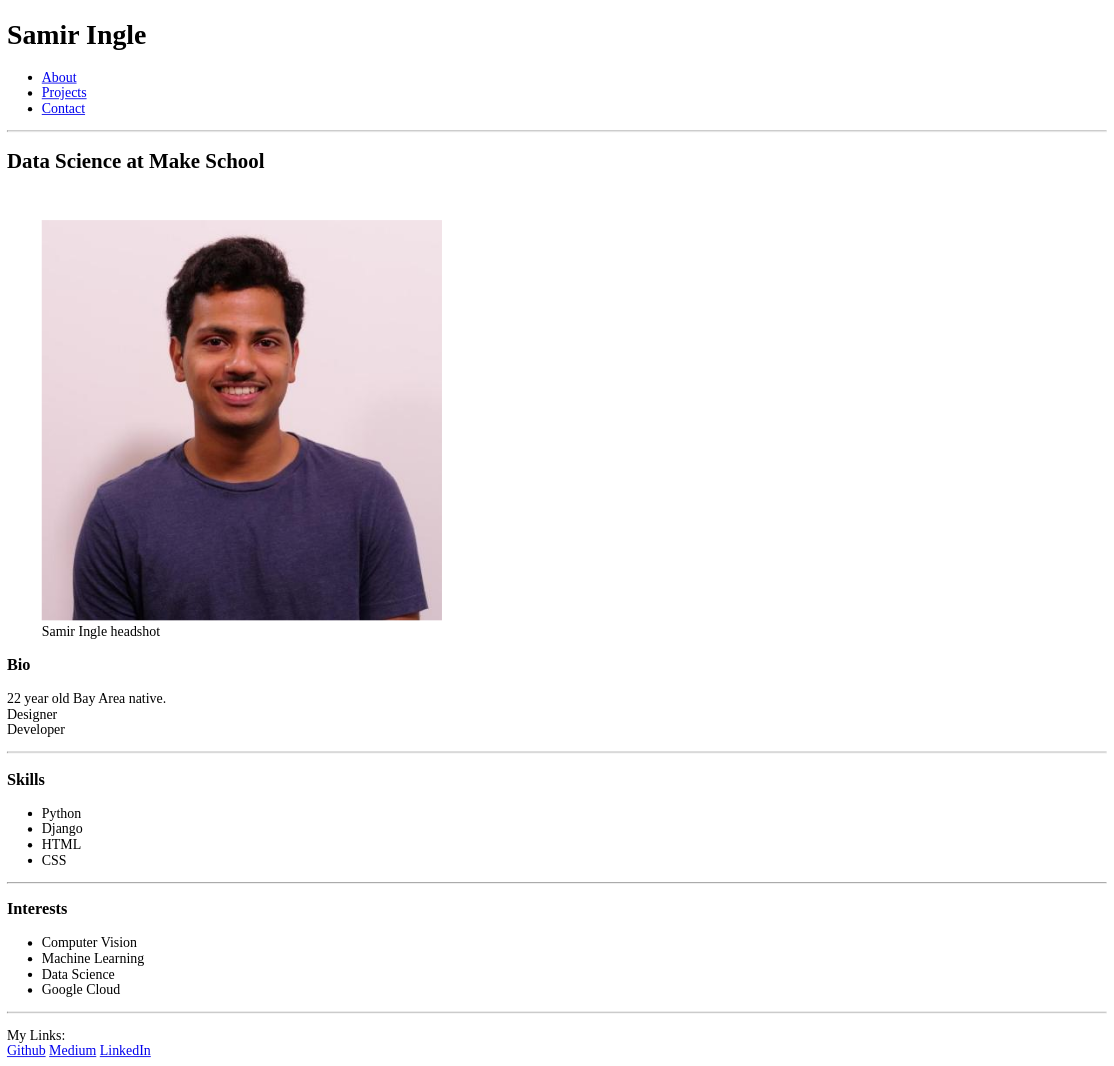
Repository: SamirIngley/html-semantic
Page: index.html
The author's editor kept a copy of each file at every save. The page is drawn from the files as they stood at one save, then again after the next save.
The browser window is 1280 px wide. The pictures show the whole page, at 87% of full size.

Above is the page before, as saved 2020-01-28 16:32:59.

### index.html
<!DOCTYPE html>
<html lang="en">

    <head>
        <meta charset="UTF-8">
        <title>Samir.</title>
    </head>
    <body>
        <header>
        <h1>Samir Ingle</h1>
            <nav>
                <ul>
                    <li><a href="#">About</a></li>
                    <li><a href="#">Projects</a></li>
                    <li><a href="#">Contact</a></li>
                  </ul>
            </nav>
        </header>

        <main>

        </main>

        <hr>
        <h2><b>Data Science</b> at Make School</h2>
        <br>
        <figure>
            <img src="images/prof_pic.jpeg" alt="samir-profile-pic">
            <figcaption>Samir Ingle headshot</figcaption>
        </figure>

        <article>
            <h3>Bio</h3>
            <p>
            22 year old Bay Area native.
            <br>
            Designer
            <br>
            Developer
            </p>
        </article>
        <hr>
        <section>
            <h3>Skills</h3>
            <ul>
                <li>Python</li>
                <li>Django</li>
                <li>HTML</li>
                <li>CSS</li>
            </ul>
        </section>
        <hr>
        <section>
            <h3>Interests</h3>
            <ul>
                <li>Computer Vision</li>
                <li>Machine Learning</li>
                <li>Data Science</li>
                <li>Google Cloud</li>
            </ul>
        </section>
        <hr>
        <p>

        </p>
        <footer>
            My Links:
            <br>
            <a href="https://github.com/SamirIngley">Github</a>
            <a href="https://medium.com/@SamirIngle">Medium</a>
            <a href="https://www.linkedin.com/in/samiringle/">LinkedIn</a>
        </footer>

    </body>
</html>

### styles.css
 nav {
                background-color: black;
            }
            nav a {
                float: left;
                color: yellow;
                text-align: center;
                font-size: 1em;
            }
            nav a:hover{
                background-color: purple;
                color: green;
            }
            nav a.active {
                background-color: orange;
                color: purple;
            }

After the next save:
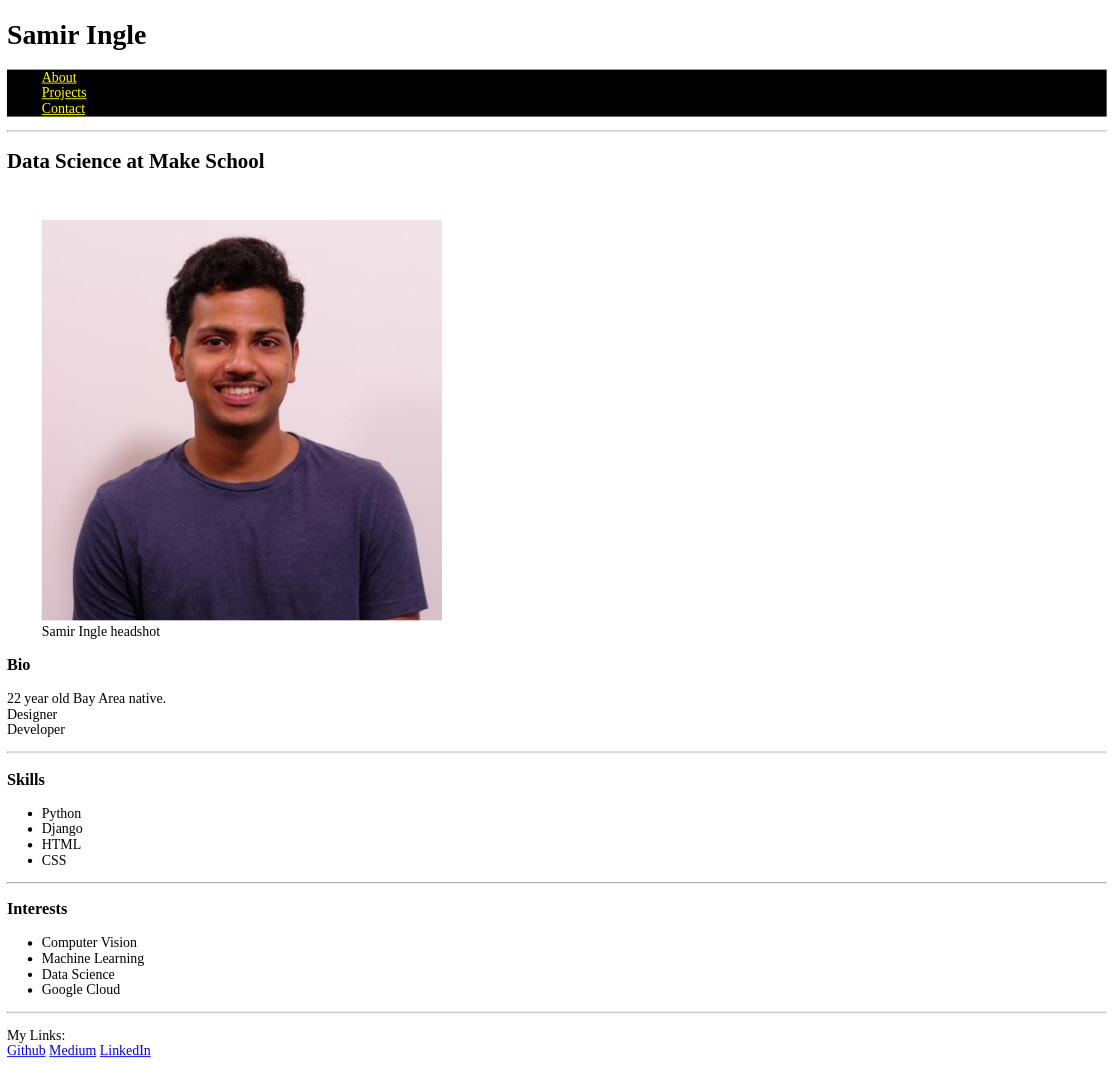
Saved 23 s later.
--- a/index.html
+++ b/index.html
@@ -4,6 +4,7 @@
     <head>
         <meta charset="UTF-8">
         <title>Samir.</title>
+        <link href="styles.css" rel="stylesheet">
     </head>
     <body>
         <header>
